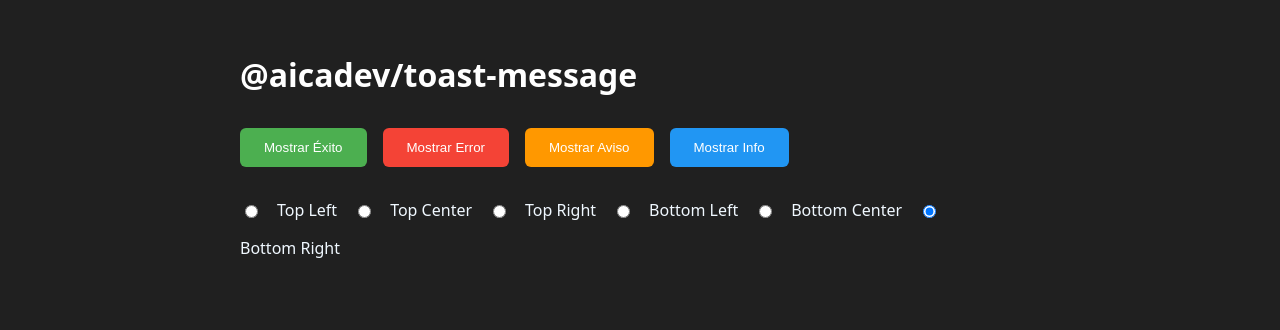
Repository: aitorcachero/aicadev-toast-message
Page: index.html
An editor plug-in stored every save of this project. The page is shown before and after the next save, followed by the edit.
The browser window is 1280 px wide. The pictures show the whole page.

Above is the page before, as saved 2025-05-22 17:35:34.

After the next save:
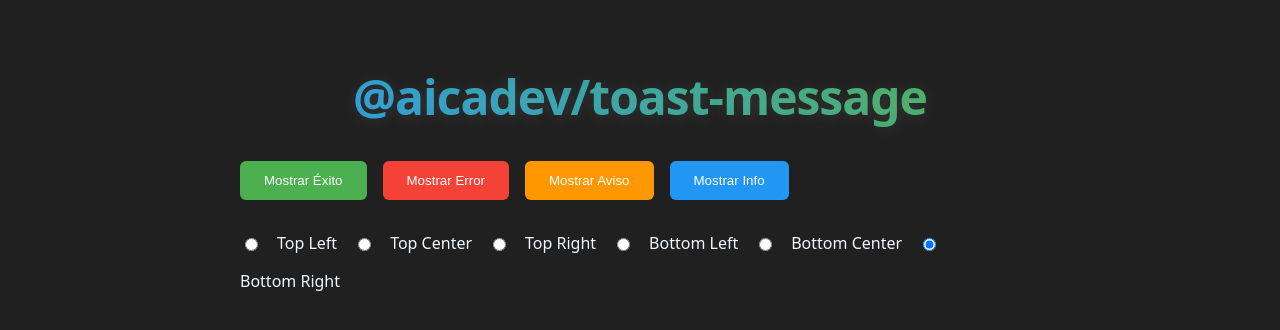
Saved 61 s later.
--- a/index.html
+++ b/index.html
@@ -14,7 +14,30 @@
     }
 
     h1 {
-      color: white;
+      color: transparent;
+      background: linear-gradient(45deg, #2196f3, #4caf50, #ff9800);
+      background-size: 200% 200%;
+      background-clip: text;
+      -webkit-background-clip: text;
+      font-size: 3rem;
+      font-weight: 800;
+      text-align: center;
+      margin-bottom: 2rem;
+      animation: gradient 5s ease infinite;
+      text-shadow: 0 2px 15px rgba(255, 255, 255, 0.1);
+      letter-spacing: -1px;
+    }
+
+    @keyframes gradient {
+      0% {
+        background-position: 0% 50%;
+      }
+      50% {
+        background-position: 100% 50%;
+      }
+      100% {
+        background-position: 0% 50%;
+      }
     }
 
     .button-group {
